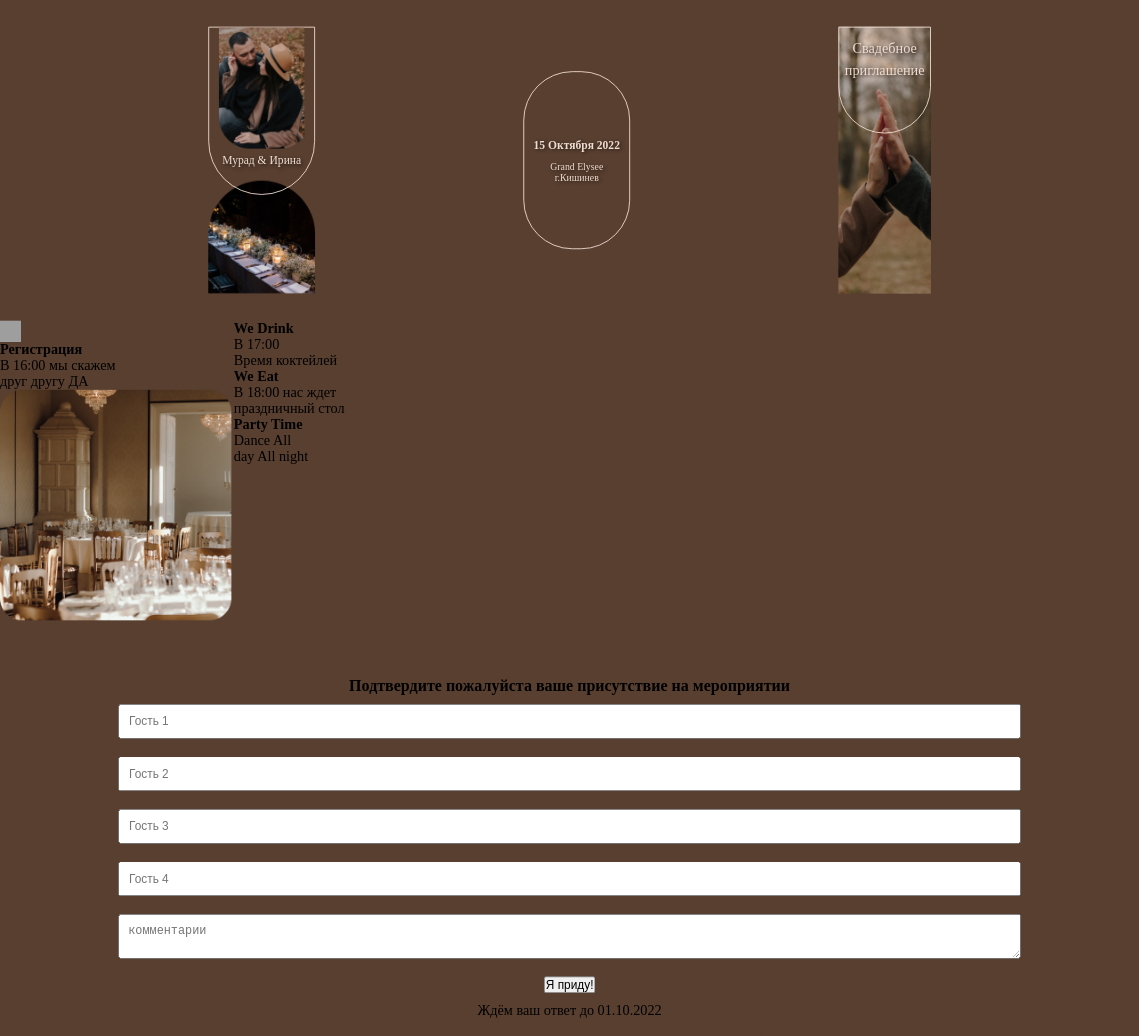
Repository: Anthony8845/wedding_invitation
Page: index.html
The author's editor kept a copy of each file at every save. The page is drawn from the files as they stood at one save, then again after the next save.
The browser window is 1280 px wide. The pictures show the whole page, at 89% of full size.
Pictures or frames that could not be fetched are drawn as grey boxes.

Above is the page before, as saved 2022-07-29 15:58:24.

### index.html
<!DOCTYPE html>
<html lang="en">
<head>
    <meta charset="UTF-8">
    <meta http-equiv="X-UA-Compatible" content="IE=edge">
    <meta name="viewport" content="width=device-width, user-scalable=yes">
    <link rel="stylesheet" href="./style.css">
    <!-- <script src="./script.js"></script> -->
    <title>Приглашение на свадьбу</title>
</head>
<body>

    <div class="invitation">
        <div class="info">
            <div class="info_block">
                <div class="info_border">
                    <div class="info_img-u"></div>
                    <div class="info_name">Мурад & Ирина</div>
                </div>
                <div class="info_img-d"></div>
            </div>
            <div class="info__block">
                <div class="block__data">
                    <div class="info_timer"></div>
                    <div class="info_date">
                        <h4>15 Октября 2022</h4>
                        <p>Grand Elysee <br>
                            г.Кишинев</p>
                    </div>
                </div>
            </div>
            <div class="info__block">
                <div class="info_invitation">Свадебное<br>приглашение</div>
                <div class="info_img-r"></div>
            </div>

        </div>
        <div class="timetable">
            <div class="timetable_block">
                <div class="icon_reg"></div>
                <div class="block_reg">
                    <h4>Регистрация</h4>
                    <p>В 16:00 мы скажем <br> друг другу ДА</p>
                </div>
                <div class="icon_drink"></div>
            </div>
            <div class="timetable_block">
                <div class="img_table"></div>
            </div>
            <div class="timetable_block">
                <div class="block_drink">
                    <h4>We Drink</h4>
                    <p>В 17:00<br> Время коктейлей</p>
                </div>
                <div class="icon_eat"></div>
                <div class="block_eat"></div>
                    <h4>We Eat</h4>
                    <p>В 18:00 нас ждет <br> праздничный стол</p>
                <div class="icon_party"></div>
                <div class="block_party">
                    <h4>Party Time</h4>
                    <p>Dance All<br> day All night</p>
                </div>
            </div>
        </div>
        <div class="thanks">
            <div></div>
            <div></div>
            <div></div>
        </div>
        <form class="form"  action="mail.php"  method="POST" >
            <h2 class="form__header">Подтвердите пожалуйста ваше присутствие на мероприятии</h2>
            <input class="form__input_item" type="text" name="Guest1" placeholder="Гость 1">
            <input class="form__input_item" type="text" name="Guest2" placeholder="Гость 2">
            <input class="form__input_item" type="text" name="Guest3" placeholder="Гость 3">
            <input class="form__input_item" type="text" name="Guest4" placeholder="Гость 4">
            <textarea class="form__comment" name="Comment" placeholder="комментарии"></textarea>
            <button class="form__btn">Я приду!</button>
        </form>
        <div class="footer">Ждём ваш ответ до 01.10.2022</div>
    </div>
</body>
</html>

### style.css
* {
    box-sizing: border-box;
    margin: 0;
    padding: 0;
}

body{
    position: relative;
    padding: 20px 0;
    background-color: rgb(88, 63, 48);
}



.invitation {

}
.info {
    color: rgb(240, 221, 209);
    display: flex;
    justify-content: space-evenly;
    align-items: center;
    text-align: center;
    text-shadow: 2px 2px 4px rgb(44, 32, 24);
    margin: 10px 0 30px 0;
}
.info_block {
    width: 120px;
    height: 300px;

}
.info_border {
    width: 120px;
    position: absolute;
    border: 1px solid rgb(240, 221, 209);
    padding-bottom: 30px;
    border-radius: 0 0 60px 60px;

}
.info_img-u {
    width: 103px;
    height: 136px;
    background: url(./img/IMG_2.png) no-repeat;
    margin-left: auto;
    margin-right: auto;
    width: 6em;
    margin-bottom: 5px;


}
.info_name {
    font-size: 13px;
}
.info_img-d {
    margin-top: 173px;
    width: 120px;
    height: 127px;
    background: url(./img/Image.png) no-repeat;
}

.info_img-r {
    width: 104px;
    height: 300px;
    background: url(./img/IMG_104-300.png);
}

.block__data {
    display: table-cell;
    vertical-align: middle;
    width: 120px;
    height: 200px;
    border: 1px solid rgb(240, 221, 209);
    border-radius: 55px;
}


.info_timer {

}

.info_date {
    font-size: 11px;
}
.info_date h4 {
    font-size: 13px;
    padding-bottom: 10px;
}

.info_invitation{
    width: 104px;
    height: 120px;
    position: absolute;
    border: 1px solid rgb(240, 221, 209);
    border-radius: 0 0 60px 60px;
    padding-top: 10px;
    line-height: 25px;
}


.timetable {
    max-width: 390px;
    height: 400px;
    display: flex;
    flex-direction: column;
    flex-wrap: wrap;
}
.timetable_block {
}
.icon_reg {
    width: 24px;
    height: 24px;
    background-image: url(./img/wedding-rings-8450.png);
}
.block_reg {
}
.icon_drink {
}
.img_table {
    width: 260px;
    height: 259px;
    background: url(./img/interior.png);
}
.block_drink {
}
.icon_eat {
}
.block_eat {
}
.icon_party {
}
.block_party {
}





.form {

    text-align: center;
    margin: 0 10%;

    display: flex;
    flex-direction: column;

}

.form::after {
    content: '';
    position: absolute;
    top: 0;
    left: 0;
    width: 100%;
    height: 100%;
    background: #767676 url(./img/heart.gif) center /50px no-repeat;
    opacity: 0;
    visibility: hidden;
}

.form._sending::after {
    opacity: 0.8;
    visibility: visible;
}


.form__header {
    font-size: 18px;
}

.form__input_item {
    margin: 10px 5px;
    padding: 10px 10px;

}

.form__comment {
    padding: 10px 10px;
    margin: 10px 5px;
    resize: vertical;
    height: 50px;
}

.form__btn {
    margin: 0 auto;
    margin-top: 10px;
    max-width: 70px;
}

.footer {
    margin-top: 10px;
    text-align: center;
}

After the next save:
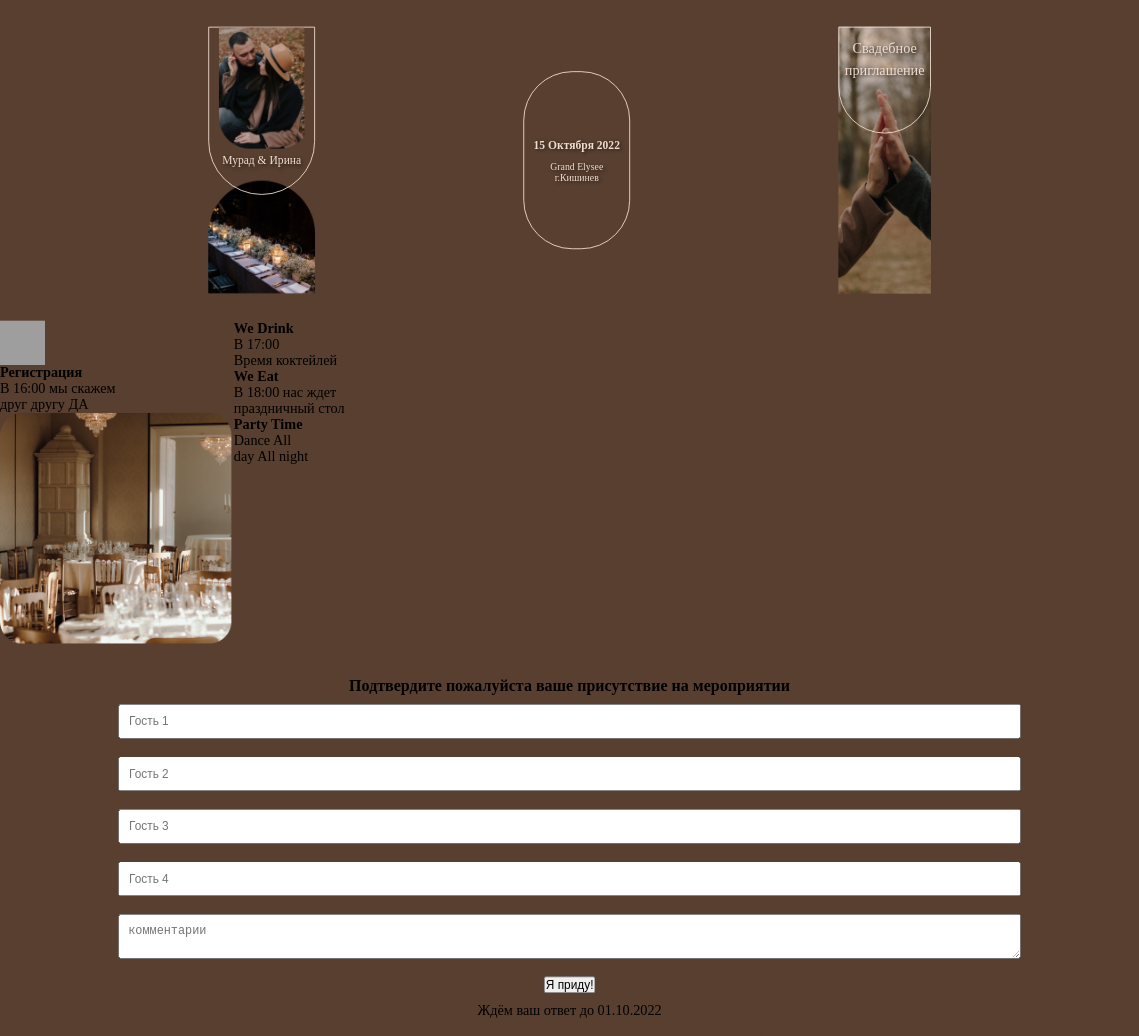
Saved 15 s later.
--- a/style.css
+++ b/style.css
@@ -107,8 +107,8 @@ body{
 .timetable_block {
 }
 .icon_reg {
-    width: 24px;
-    height: 24px;
+    width: 50px;
+    height: 50px;
     background-image: url(./img/wedding-rings-8450.png);
 }
 .block_reg {
